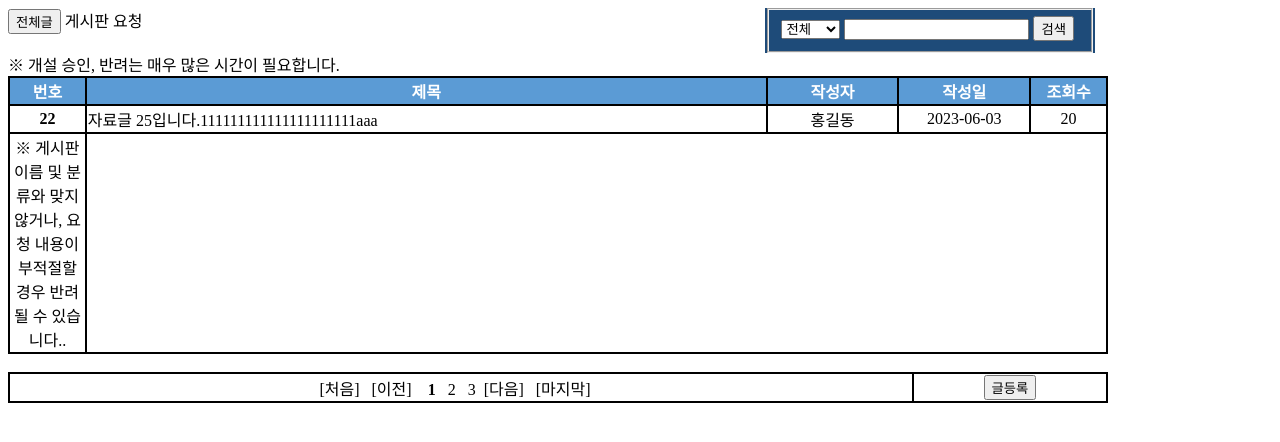
Repository: LJzero-dev/java-study
Page: http://localhost/ktbwos/bbs/request_list.jsp
An editor plug-in stored every save of this project. The page is shown before and after the next save, followed by the edit.
The browser window is 1280 px wide. The pictures show the whole page.
The page is served by Tomcat 9.

Above is the page before, as saved 2023-06-11 05:26:27.

After the next save:
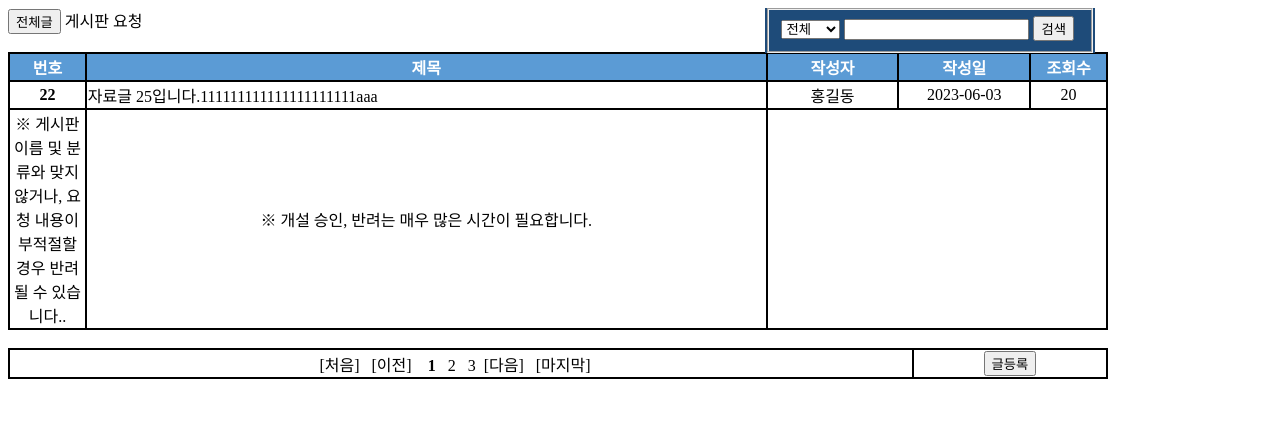
Saved 8 s later.
--- a/web/ktbwos/WebContent/bbs/request_list.jsp
+++ b/web/ktbwos/WebContent/bbs/request_list.jsp
@@ -45,7 +45,7 @@ int cpage = 1, psize = 3, bsize = 3, rcnt = 10, pcnt = 10, schargs = 10;	// 페
 		</tr>
 		<tr>
 			<td>※ 게시판 이름 및 분류와 맞지 않거나, 요청 내용이 부적절할 경우 반려될 수 있습니다..</td>
-※ 개설 승인, 반려는 매우 많은 시간이 필요합니다.
+			<td>※ 개설 승인, 반려는 매우 많은 시간이 필요합니다.</td>
 		</tr>
 	</table>
 </div>
